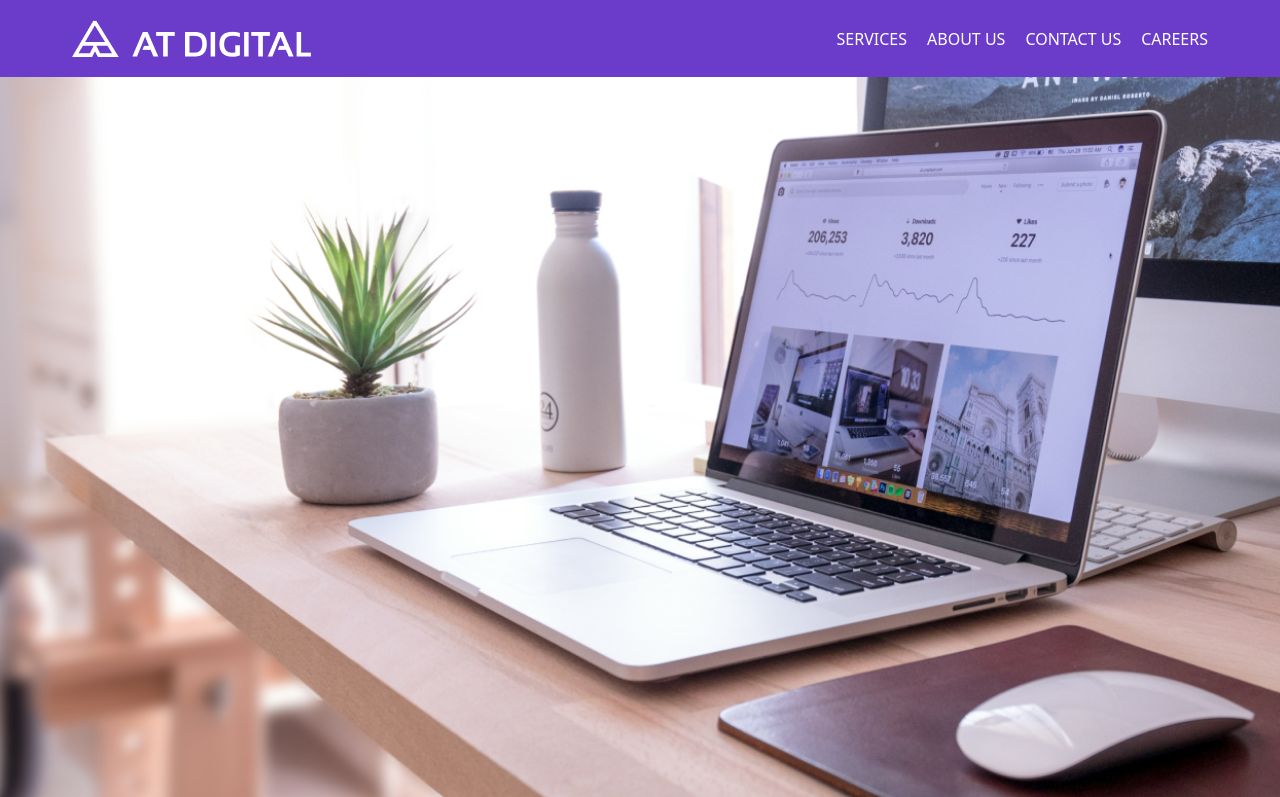
Repository: Milith97/AT-Digital-Website
Page: /
The author's editor kept a copy of each file at every save. The page is drawn from the files as they stood at one save, then again after a run of saves.
The browser window is 1280 px wide. The pictures show the whole page.
The project was rebuilt for these pictures with package versions that can differ from the ones it lists, and the page was loaded fresh each time. Also part of the build but not shown: vite.config.js.

Above is the page before, as saved 2024-04-06 18:46:31.

After the next 2 saves:
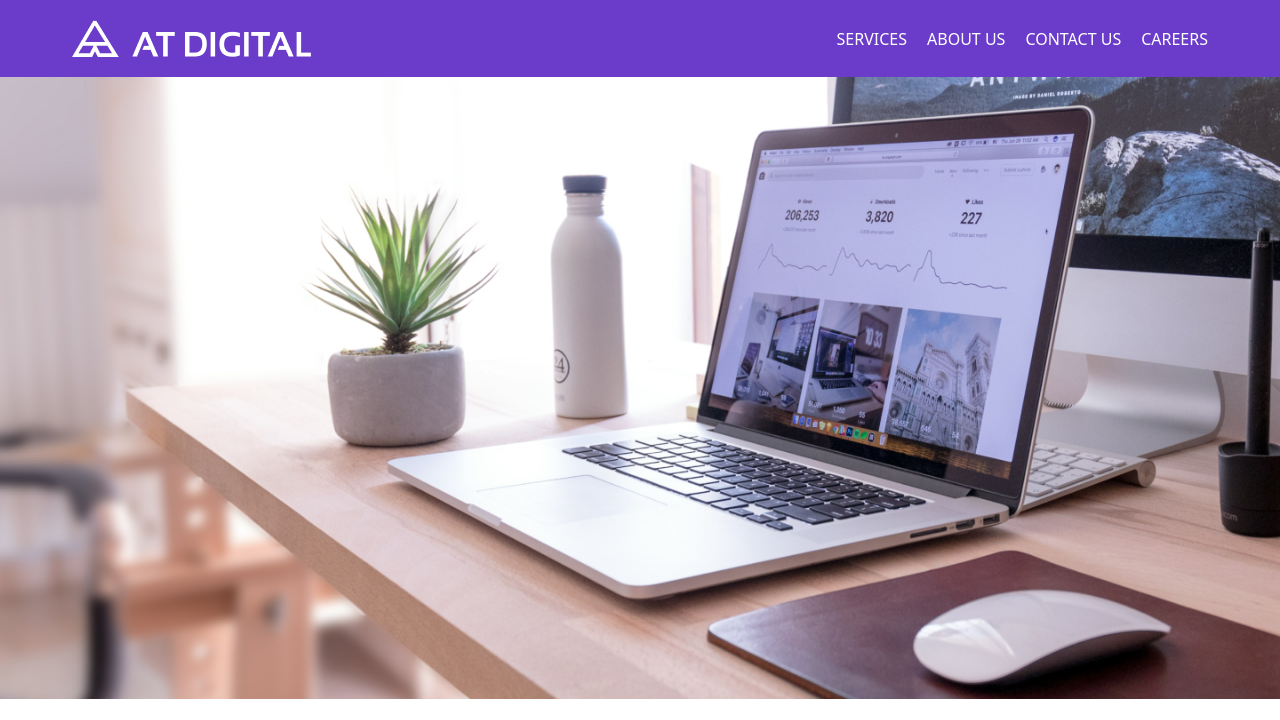
The 2 saves are shown as one change because 1 did not build or start.
The last was saved 8 min 57 s later.
--- a/src/Components/HomePage.jsx
+++ b/src/Components/HomePage.jsx
@@ -3,7 +3,8 @@ import backgroundImage from '../assets/Img/Home.png';
 
 const HomePage = () => {
     return (
-        <div className="h-screen bg-cover bg-center" style={{ backgroundImage: `url(${backgroundImage})` }}>
+        <div >
+            <img src={backgroundImage} alt="Home Image"/>
         </div>
     );
 };
